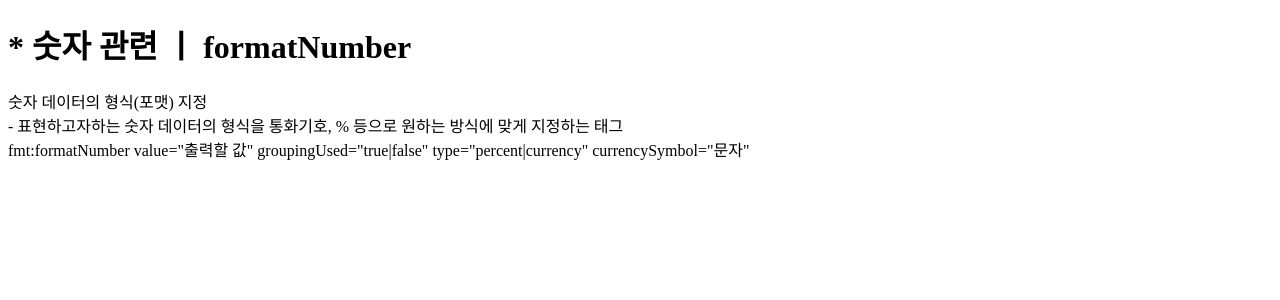
Repository: yoonseo0832/workspace
Page: http://localhost/2_jsp/views/4_CustomAction/3_fmt.jsp
The author's editor kept a copy of each file at every save. The page is drawn from the files as they stood at one save, then again after the next save.
The browser window is 1280 px wide. The pictures show the whole page.
The page is served by Tomcat 9.

Above is the page before, as saved 2025-03-21 06:40:39.

After the next save:
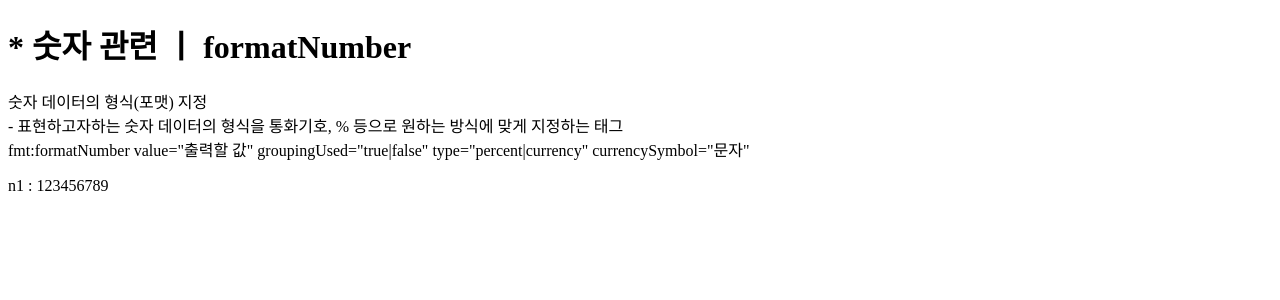
Saved 22 s later.
--- a/05_server/2_jsp/src/main/webapp/views/4_CustomAction/3_fmt.jsp
+++ b/05_server/2_jsp/src/main/webapp/views/4_CustomAction/3_fmt.jsp
@@ -18,8 +18,11 @@
 					groupingUsed="true|false"
 					type="percent|currency" currencySymbol="문자"
 	</p>
+
 	<c:set var="n1" value="123456789" />
 	<c:set var="n2" value="0.65" />
 	<c:set var="n3" value="50000" />
+
+	n1 : ${ n1 }
 </body>
 </html>
